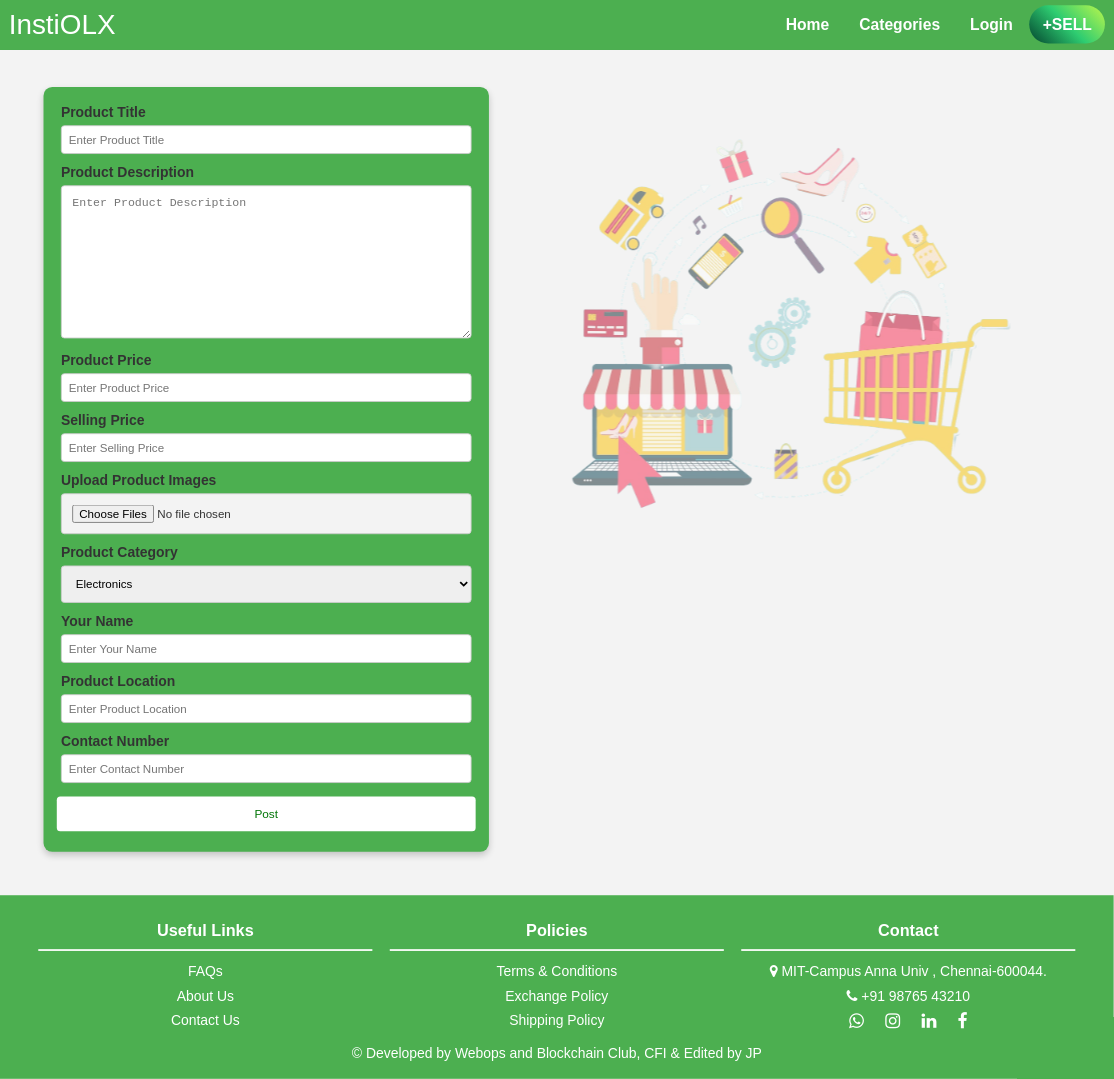
Repository: John-Prabu-A/web-dev-summer-school
Page: Session_1_Assignment/sell.html
An editor plug-in stored every save of this project. The page is shown before and after the next save, followed by the edit.
The browser window is 1280 px wide. The pictures show the whole page, at 87% of full size.
The pointer rests on the first visible `button`.

Above is the page before, as saved 2024-06-20 17:12:33.

After the next save:
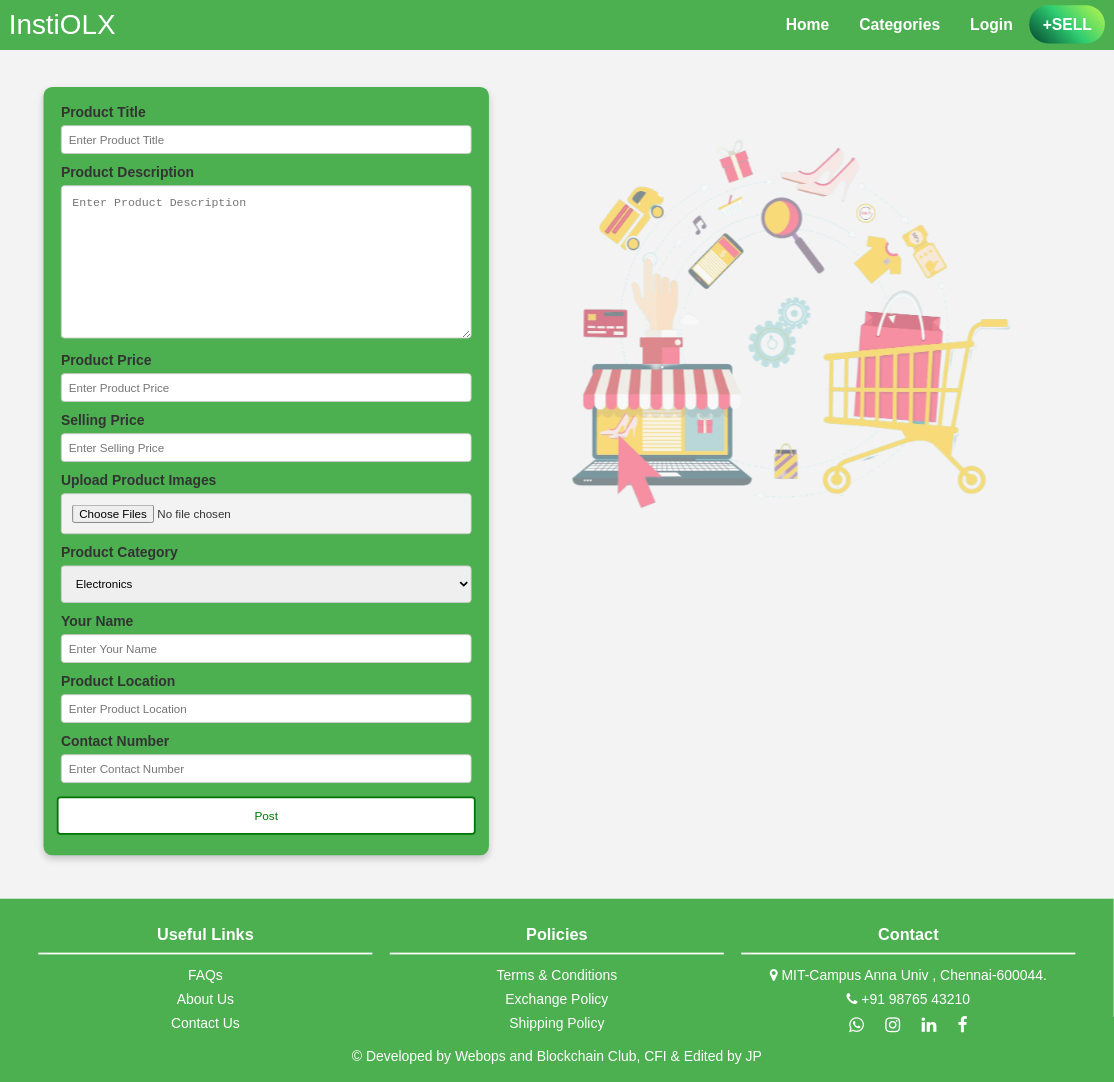
Saved 14 s later.
--- a/Session_1_Assignment/sell-page.css
+++ b/Session_1_Assignment/sell-page.css
@@ -64,7 +64,7 @@ button {
 button:hover {
     background-color: #fff;
     color: #007506;
-    /* border: 2px solid #007506; */
+    border: 2px solid #007506;
     transform: scale(1.02);
     transition: 0.2s;
 }
